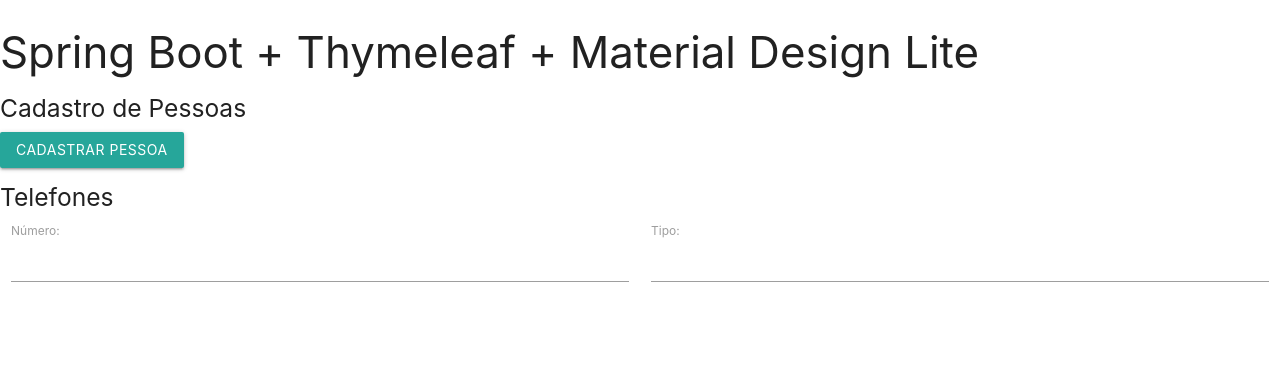
Repository: nfdeveloper/Estudando_Thymeleaf
Page: http://localhost/cadastro/telefones
These files come from the project's save history. The page is drawn as it stood at one moment and after the next save; the edit follows.
The browser window is 1280 px wide. The pictures show the whole page.
The page is this project's Thymeleaf template; nobody is signed in. The template is opened directly, without the code that normally fills it, so the values that code supplies are empty.

Above is the page before, as saved 2023-12-12 11:54:42.

After the next save:
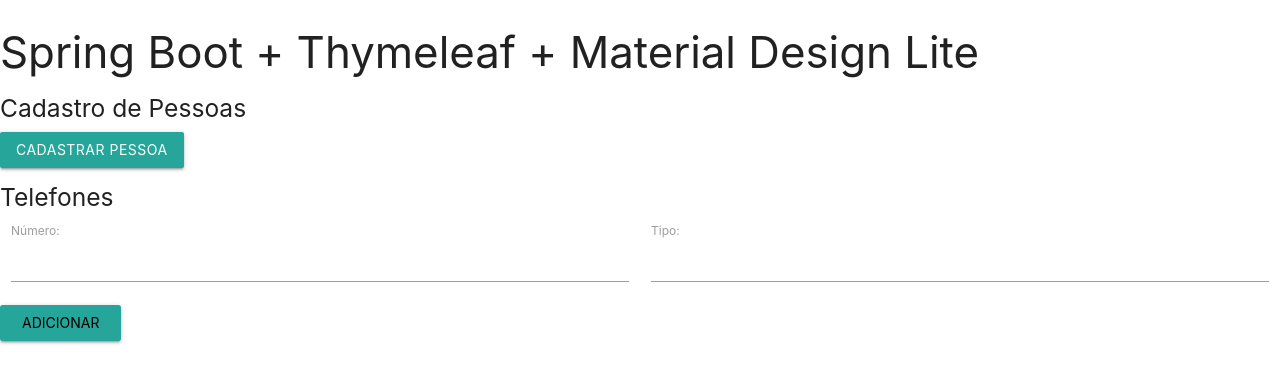
Saved 73 s later.
--- a/cousethymeleaf/src/main/resources/templates/cadastro/telefones.html
+++ b/cousethymeleaf/src/main/resources/templates/cadastro/telefones.html
@@ -39,9 +39,9 @@
 						<label class="active" for="tipo" >Tipo:</label>
 						<input id="tipo" name="tipo" class="validate" />
 					</div>
+
+					<input type="submit" value="Adicionar" class="waves-effect waves-light btn" />
 				</div>
-
-
 			</form>
 	</div>
 
